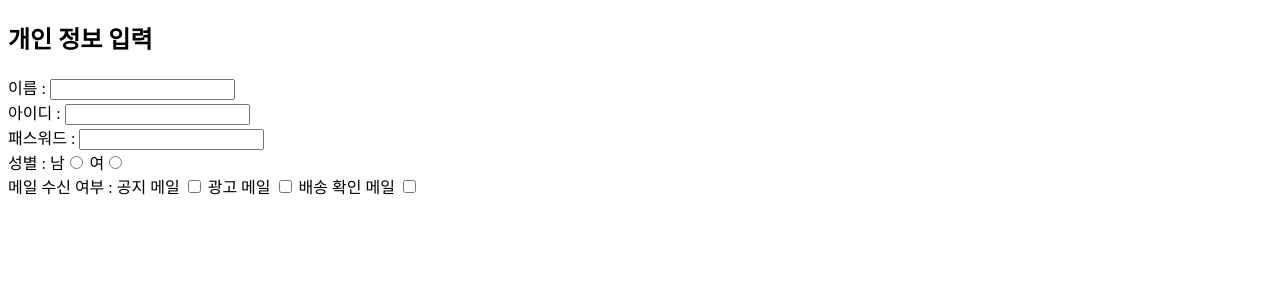
Repository: sunnny10/web-workspace
Page: Lecture-Web/src/main/webapp/HW/PInfoInput.html
These files come from the project's save history. The page is drawn as it stood at one moment and after the next save; the edit follows.
The browser window is 1280 px wide. The pictures show the whole page.

Above is the page before, as saved 2022-06-02 09:59:55.

After the next save:
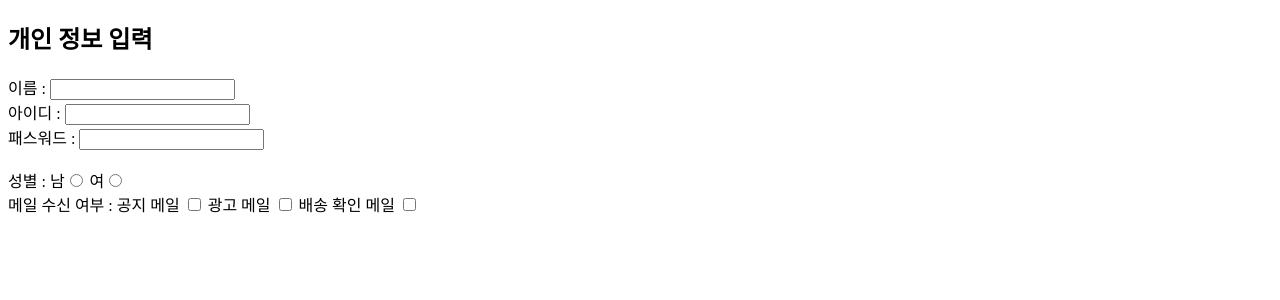
Saved 17 s later.
--- a/Lecture-Web/src/main/webapp/HW/PInfoInput.html
+++ b/Lecture-Web/src/main/webapp/HW/PInfoInput.html
@@ -10,7 +10,7 @@
 		<form action="">
 			이름 : <input type="text" name="name"><br>
 			아이디 : <input type="text" name="id"><br>
-			패스워드 : <input type="password" name="passwd"><br>
+			패스워드 : <input type="password" name="passwd"><br><br>
 			성별 :
 			남<input type="radio" name="gender" value="male">
 			여<input type="radio" name="gender" value="female"><br>
